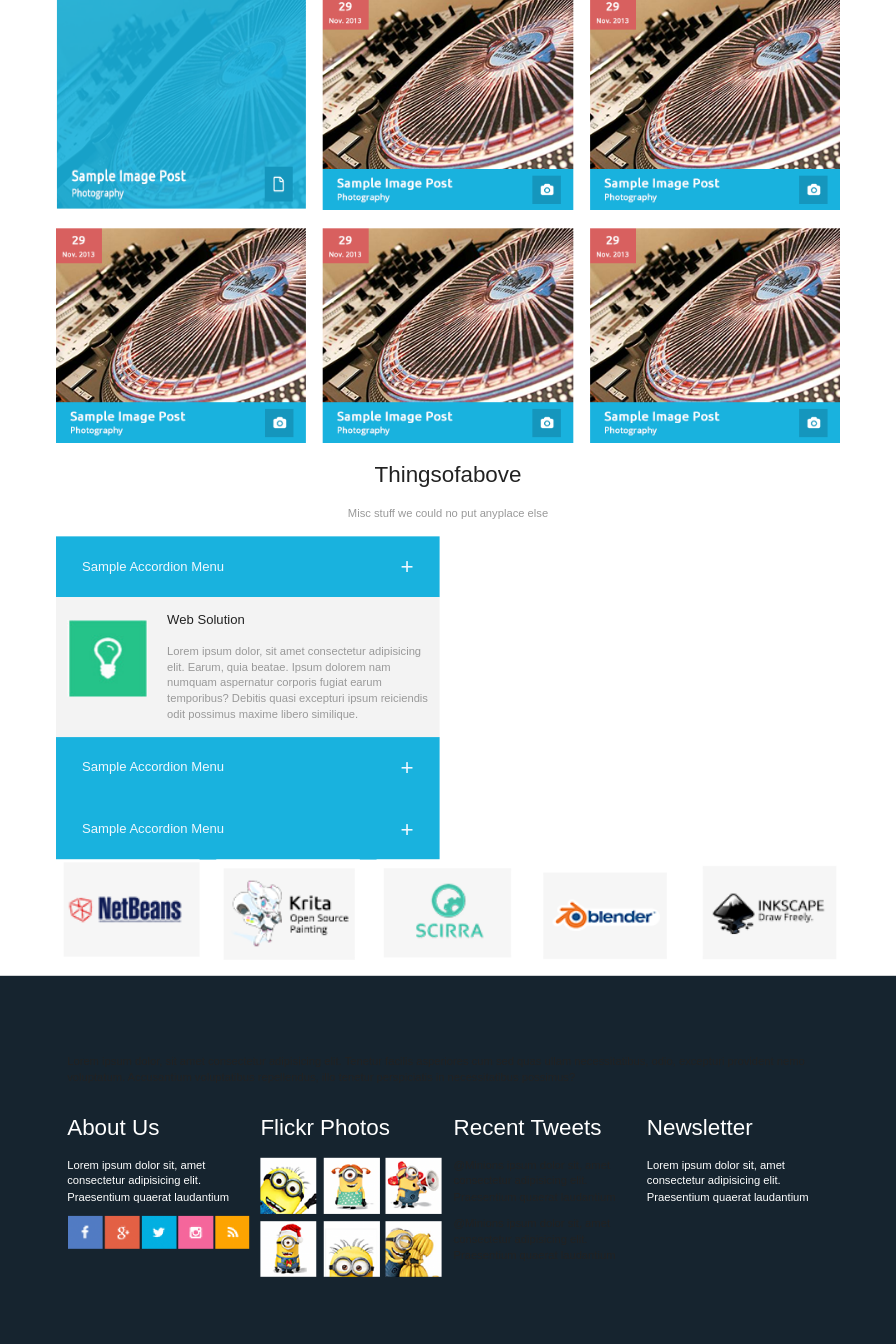
Repository: anoncoderin/madhu_kushal_html_layout
Page: metrosite_week4hw/index.html
The author's editor kept a copy of each file at every save. The page is drawn from the files as they stood at one save, then again after the next save.
The browser window is 1280 px wide. The pictures show the part of the page from y = 1850 to 3770 px (the page is 3770 px tall), at 70% of full size.

Above is the page before, as saved 2023-02-04 19:24:51.

After the next save:
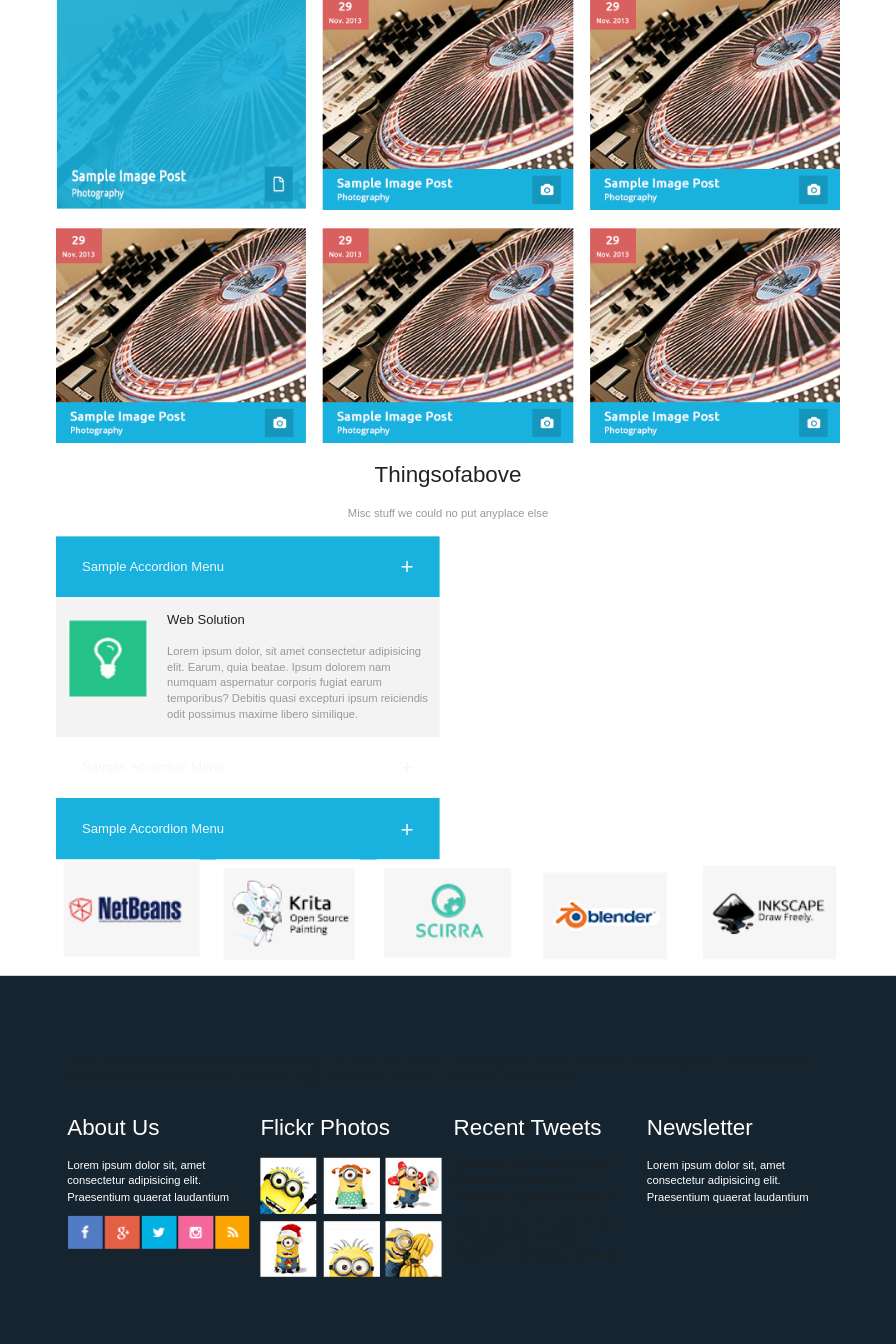
Saved 48 s later.
--- a/metrosite_week4hw/index.html
+++ b/metrosite_week4hw/index.html
@@ -204,7 +204,7 @@
         </div>
         <div>
 
-          <div style="background-color: #19b2de; display: flex; justify-content: center; gap: 46%;">
+          <div style="display: flex; justify-content: center; gap: 46%;">
             <h3 style="color: aliceblue; margin-top: 5.5%;;" >Sample Accordion Menu <h1 style="color: aliceblue;">+</h1></h3>
           </div>
           <div style="background-color: #19b2de; display: flex; justify-content: center; gap: 46%;">
